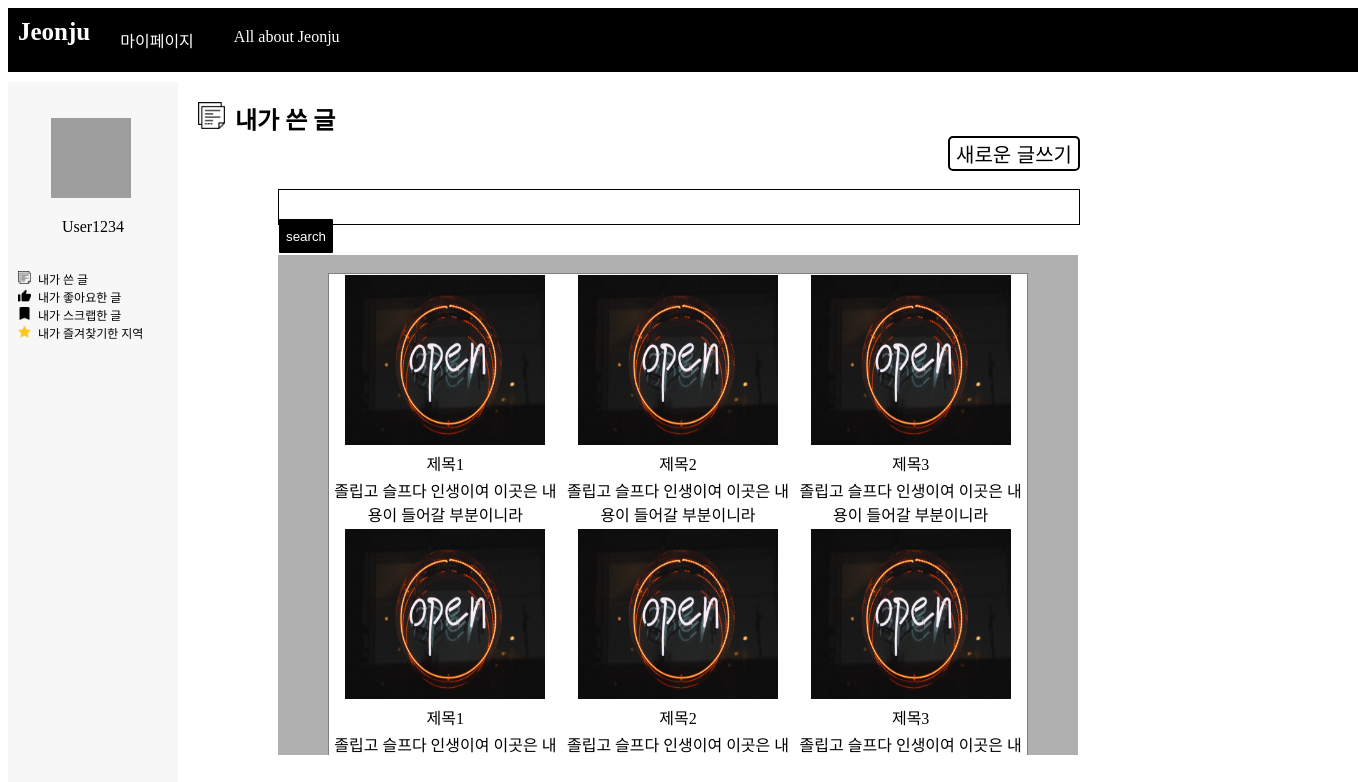
Repository: wka99/WEB-PROJECT
Page: http://localhost/Jeonju/UserPage.html
An editor plug-in stored every save of this project. The page is shown before and after the next save, followed by the edit.
The browser window is 1280 px wide. The page is 1358 px wide, so the pictures cover 1358 px, including what lies to the right of the window. The pictures show the whole page.
Pictures or frames that could not be fetched are drawn as grey boxes. An inner scrolling area shows only its first screen. Some web libraries are served in a nearby version. The page is served by Tomcat 9.

Above is the page before, as saved 2018-12-03 09:29:14.

After the next save:
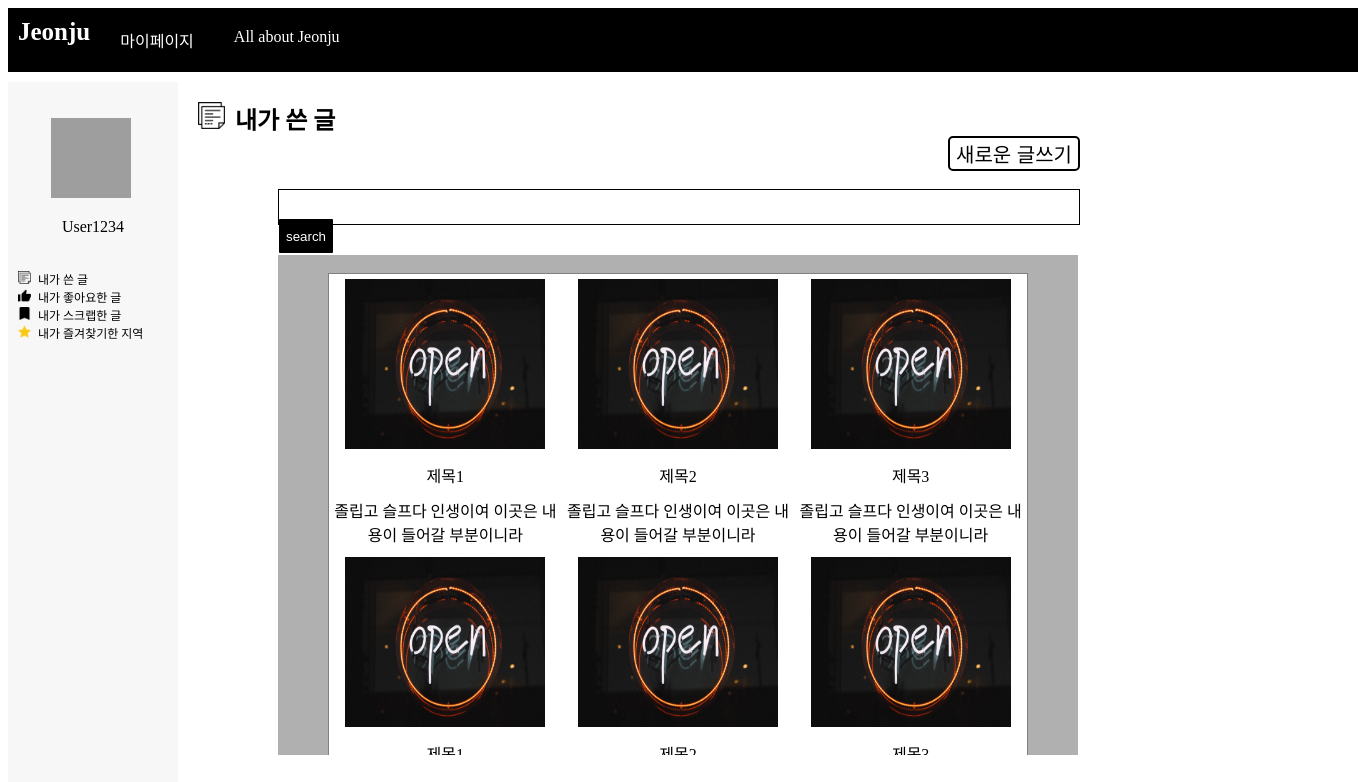
Saved 26 s later.
--- a/Jeonju/WebContent/NewFile.css
+++ b/Jeonju/WebContent/NewFile.css
@@ -166,4 +166,4 @@
     .myPost,.bookmark_posts{width:800px; height:500px; margin-left:100px; overflow:auto; background-color:#b0b0b0;}
     #user-table,#bookmark-table{margin:0 auto;text-align:center;border-collapse:collapse;width:700px;
                 border:1px solid gray; background-color:white;}
-    #user-table,#bookmark-table td{padding:5px;}
+    #user-table td,#bookmark-table td{padding:5px;}
